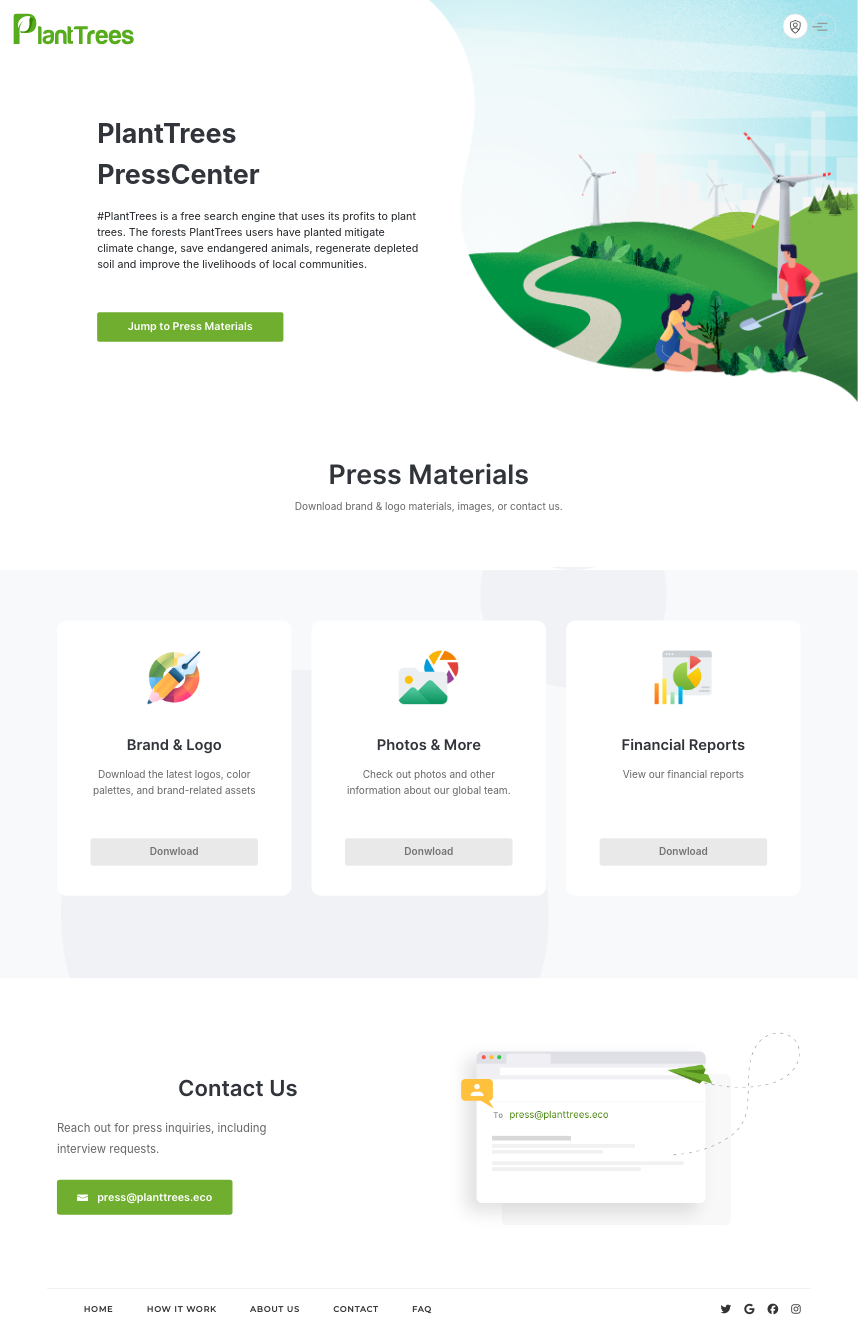
Repository: caothaito/b6g6
Page: bogo/privacy.html
The author's editor kept a copy of each file at every save. The page is drawn from the files as they stood at one save, then again after the next save.
The browser window is 1280 px wide. The pictures show the whole page, at 67% of full size.
Some web libraries are served in a nearby version. The style sheet was rebuilt from its Sass, Less or Tailwind sources for each picture, by a compiler version that may differ from the author's.

Above is the page before, as saved 2020-09-11 16:29:57.

After the next save:
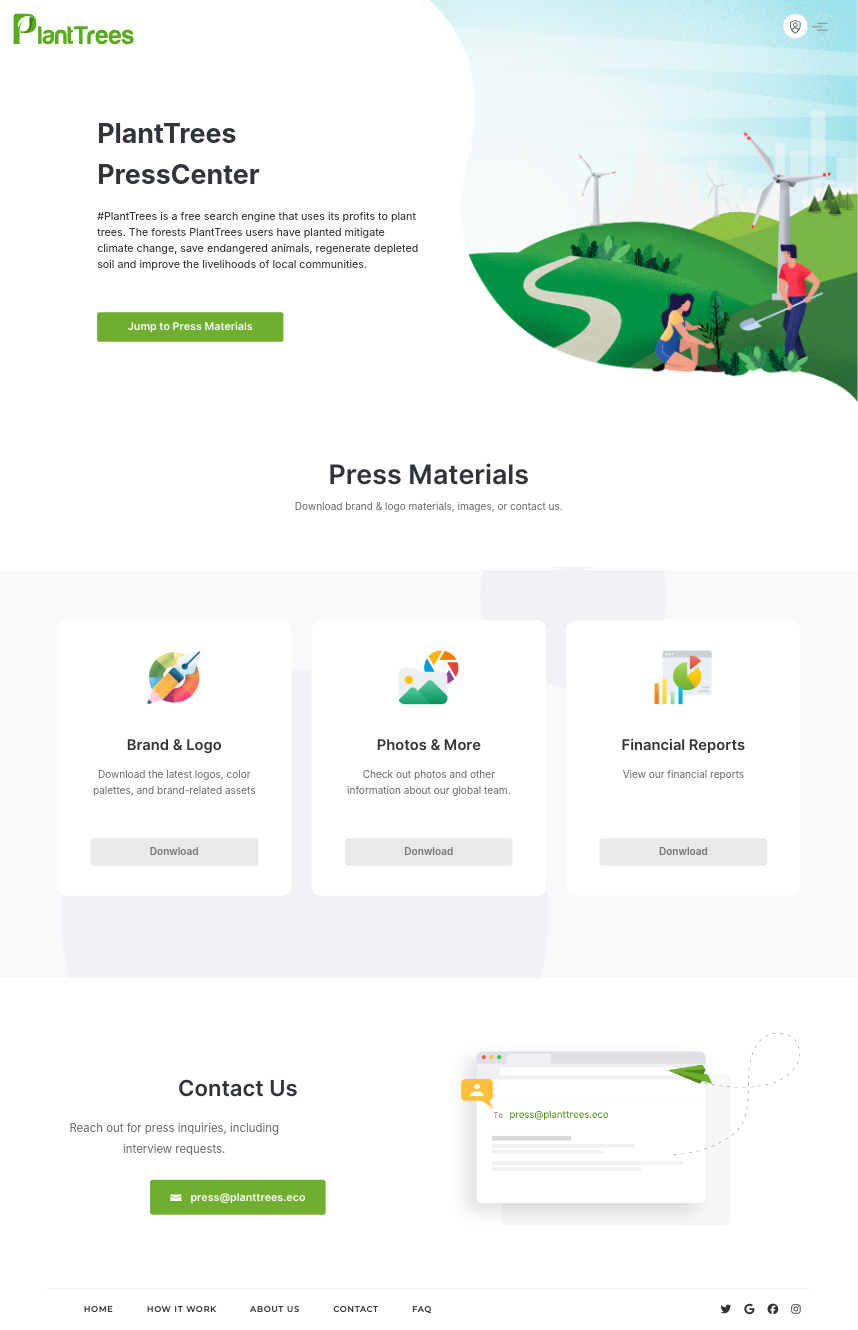
Saved 22 s later.
--- a/bogo/privacy.html
+++ b/bogo/privacy.html
@@ -200,8 +200,8 @@
         <div class="container">
             <div class="row">
                 <div class="col-lg-6 col-md-6 col-sm-12 float-left ">
-                    <div class="plant-trees-contactLeft float-right w-100">
-                        <div class="plant-contactLeft-title text-center">
+                    <div class="plant-trees-contactLeft text-center float-right w-100">
+                        <div class="plant-contactLeft-title ">
 
                             Contact Us
 
